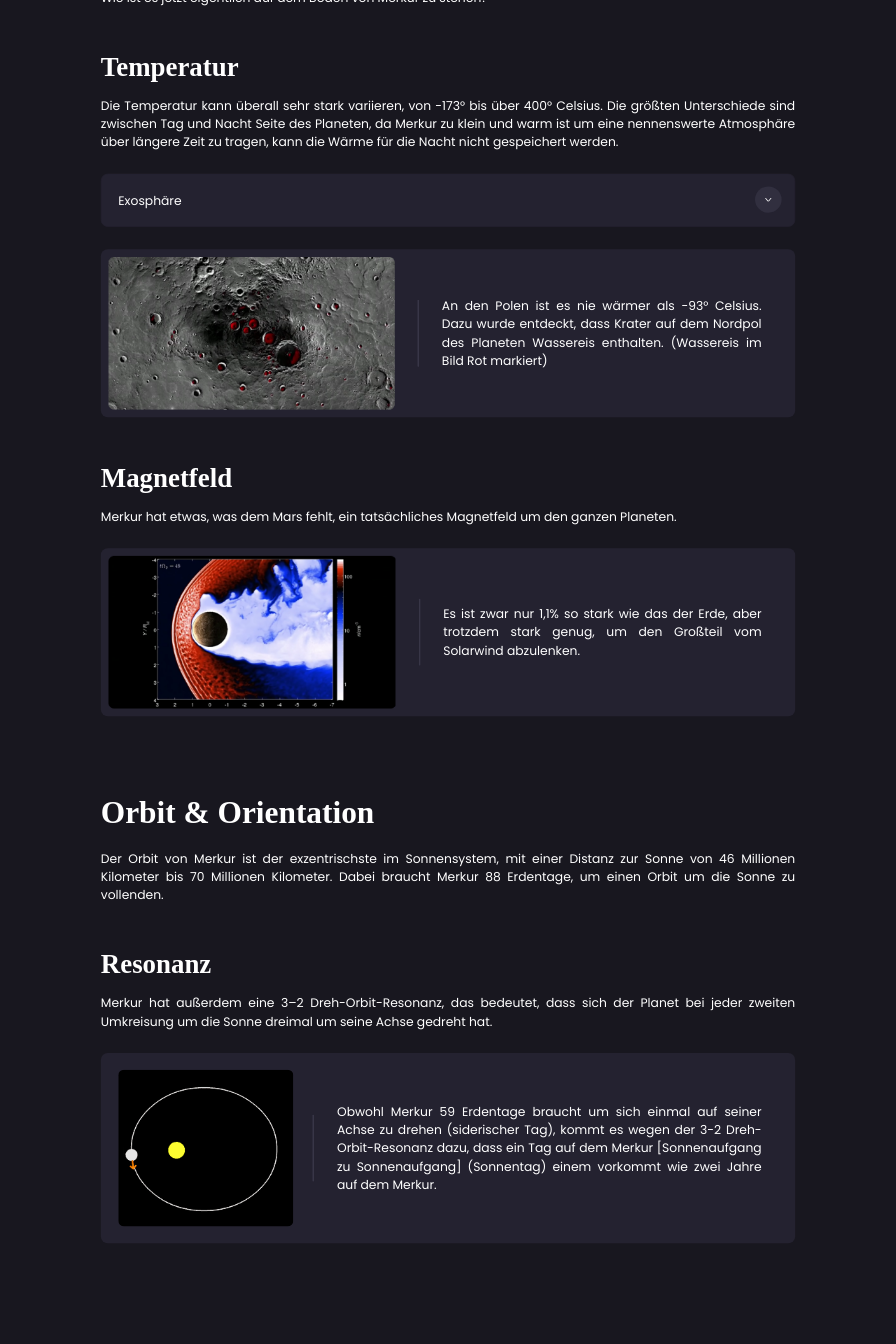
Repository: moreno-livak/solar
Page: dist/html/merkur.html
These files come from the project's save history. The page is drawn as it stood at one moment and after the next save; the edit follows.
The browser window is 1280 px wide. The pictures show the part of the page from y = 2543 to 4463 px (the page is 4463 px tall), at 70% of full size.
The style sheet was rebuilt from its Sass, Less or Tailwind sources for each picture, by a compiler version that may differ from the author's.

Above is the page before, as saved 2022-05-07 13:53:23.

After the next save:
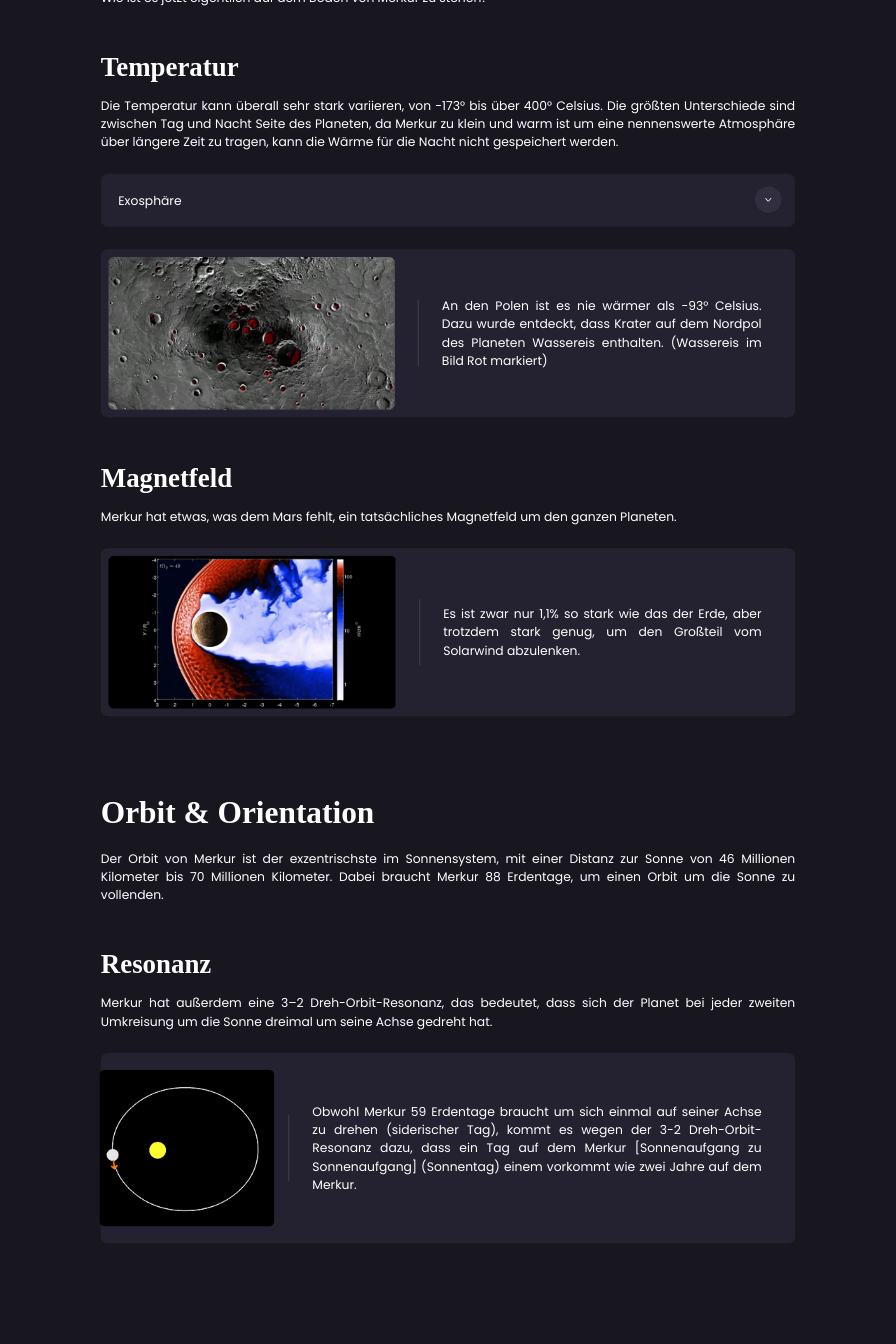
Saved 69 s later.
--- a/src/scss/home.scss
+++ b/src/scss/home.scss
@@ -510,7 +510,7 @@ div.sketchfab-embed-wrapper{
   .mercury-gif{
     transform: rotate(90deg);
     border-radius: 8px;
-    margin: 0 .5rem 0 1.7rem;
+    margin: 0;
   }
 
   .video{
